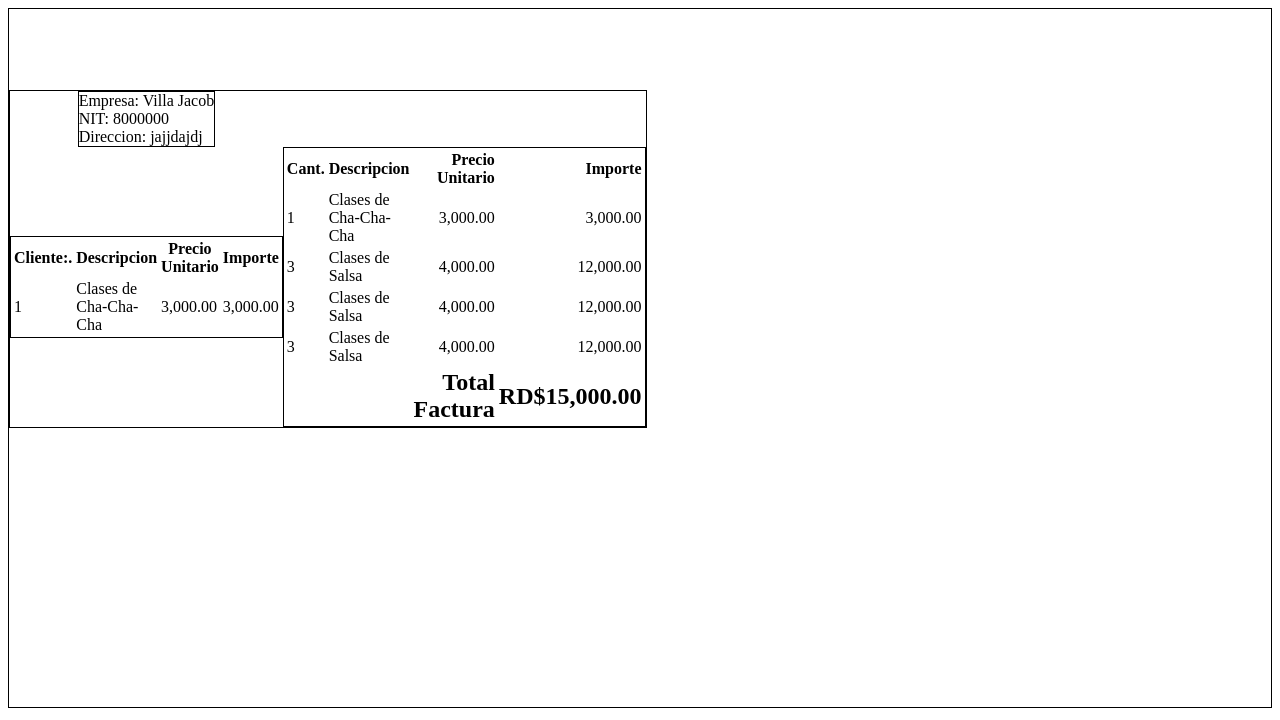
Repository: MrVanQish/FacturaEstructura
Page: index.html
These files come from the project's save history. The page is drawn as it stood at one moment and after the next save; the edit follows.
The browser window is 1280 px wide. The pictures show the whole page.

Above is the page before, as saved 2021-09-29 10:52:39.

### index.html
<!DOCTYPE html>
<html lang="en">
<head>
    <meta charset="UTF-8">
    <meta http-equiv="X-UA-Compatible" content="IE=edge">
    <meta name="viewport" content="width=device-width, initial-scale=1.0">
    <title>Document</title>
    <link rel="stylesheet" href="styles.css">
</head>
<body>

    <div class="wrapper">

        <div class="factura1">
                <div class="infoEmpresa-f">
                    Empresa: Villa Jacob
                    <br>
                    NIT: 8000000
                    <br>
                    Direccion: jajjdajdj
                </div>

                <div class="infoCliente-f">
                    <table>
                          <thead>
                            <tr>
                              <th>Cliente:.</th>
                              <th>Descripcion</th>
                              <th>Precio Unitario</th>
                              <th>Importe</th>
                            </tr>
                          </thead>
                          <tbody>
                            <tr>
                              <td>1</td>
                              <td>Clases de Cha-Cha-Cha</td>
                              <td>3,000.00</td>
                              <td>3,000.00</td>
                            </tr>

                          </tbody>
                    </table>
                </div>


                    <div class="items-f row my-5">
                        <table class="table table-borderless factura">
                          <thead>
                            <tr>
                              <th>Cant.</th>
                              <th>Descripcion</th>
                              <th>Precio Unitario</th>
                              <th>Importe</th>
                            </tr>
                          </thead>
                          <tbody>
                            <tr>
                              <td>1</td>
                              <td>Clases de Cha-Cha-Cha</td>
                              <td>3,000.00</td>
                              <td>3,000.00</td>
                            </tr>
                            <tr>
                              <td>3</td>
                              <td>Clases de Salsa</td>
                              <td>4,000.00</td>
                              <td>12,000.00</td>
                            </tr>
                            <tr>
                              <td>3</td>
                              <td>Clases de Salsa</td>
                              <td>4,000.00</td>
                              <td>12,000.00</td>
                            </tr>
                            <tr>
                              <td>3</td>
                              <td>Clases de Salsa</td>
                              <td>4,000.00</td>
                              <td>12,000.00</td>
                            </tr>

                          </tbody>
                          <tfoot>
                            <tr>
                              <th></th>
                              <th></th>
                              <th>Total Factura</th>
                              <th>RD$15,000.00</th>
                            </tr>
                          </tfoot>
                        </table>
                        <div class="cond row"></div>
                      </div>

        </div>

    </div>









    </div>

</body>
</html>

### styles.css
@page {
    size: A4 landscape;
}

.factura {
  table-layout: fixed;
}

.factura > thead {
  border-top: solid 3px #000;
  border-bottom: 3px solid #000;
}

.factura > thead > tr > th:nth-child(2), .factura > tbod > tr > td:nth-child(2) {
  width: 300px;
}

.factura > thead > tr > th:nth-child(n+3) {
  text-align: right;
}

.factura > tbody > tr > td:nth-child(n+3) {
  text-align: right;
}

.factura > tfoot > tr > th, .factura > tfoot > tr > th:nth-child(n+3) {
  font-size: 24px;
  text-align: right;
}


.wrapper {
    height: 97vh;
    border: 1px solid #000;
    display: grid;
    grid-template-columns: 1fr 1fr;
    grid-template-rows: 500px;
    grid-template-areas:
      "f1 f2";
  }

  .factura1 {

    display: grid;
    grid-area: f1;
    align-self: center;
    justify-self: center;
    border: 1px solid #000;
    grid-template-columns: 1fr 1fr;
    grid-template-rows: auto;
    grid-template-areas:
      "infoEmpresa-f x"
      "infoCliente-f items-f"
  }


.infoEmpresa-f{

    grid-area: infoEmpresa-f;
    border: 1px solid #000;
    align-self: center;
    justify-self: center;

}

.infoCliente-f{
    grid-area: infoCliente-f;
    border: 1px solid #000;
    align-self: center;
    justify-self: center;
}

.items-f{
    grid-area: items-f;
    border: 1px solid #000;
    align-self: center;
    justify-self: center;
}

After the next save:
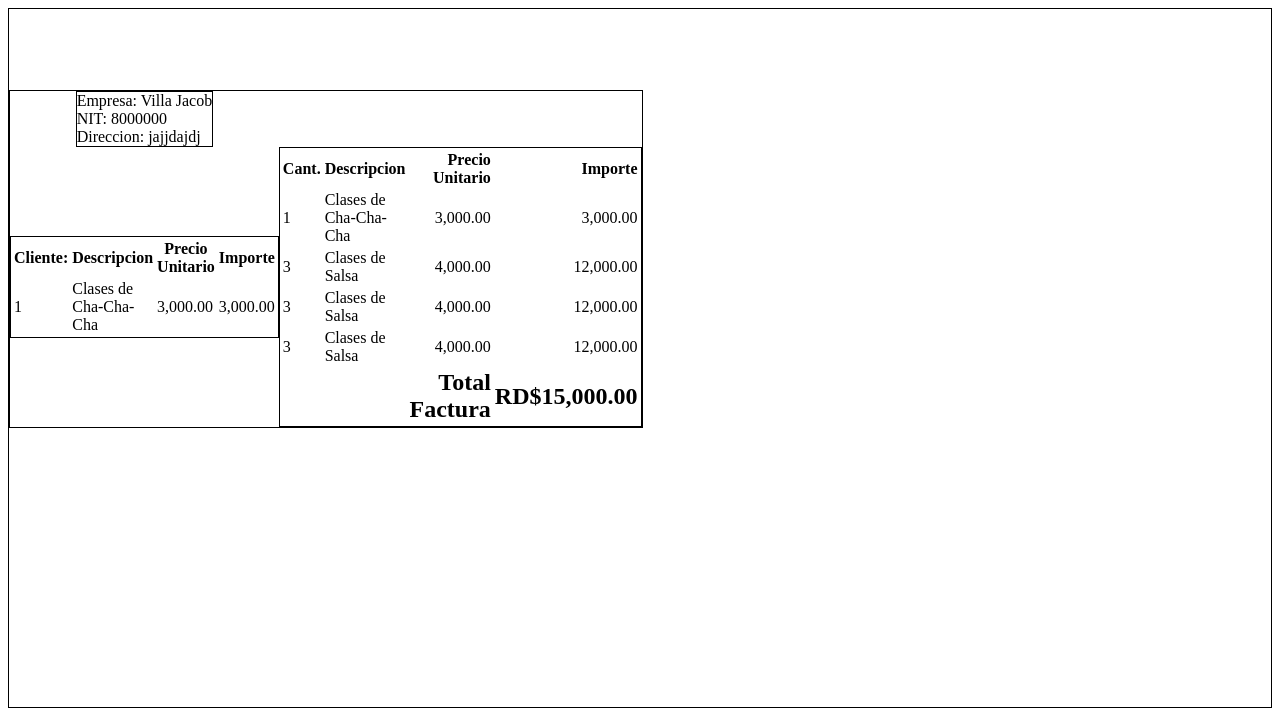
Saved 4 s later.
--- a/index.html
+++ b/index.html
@@ -24,7 +24,7 @@
                     <table>
                           <thead>
                             <tr>
-                              <th>Cliente:.</th>
+                              <th>Cliente:</th>
                               <th>Descripcion</th>
                               <th>Precio Unitario</th>
                               <th>Importe</th>
